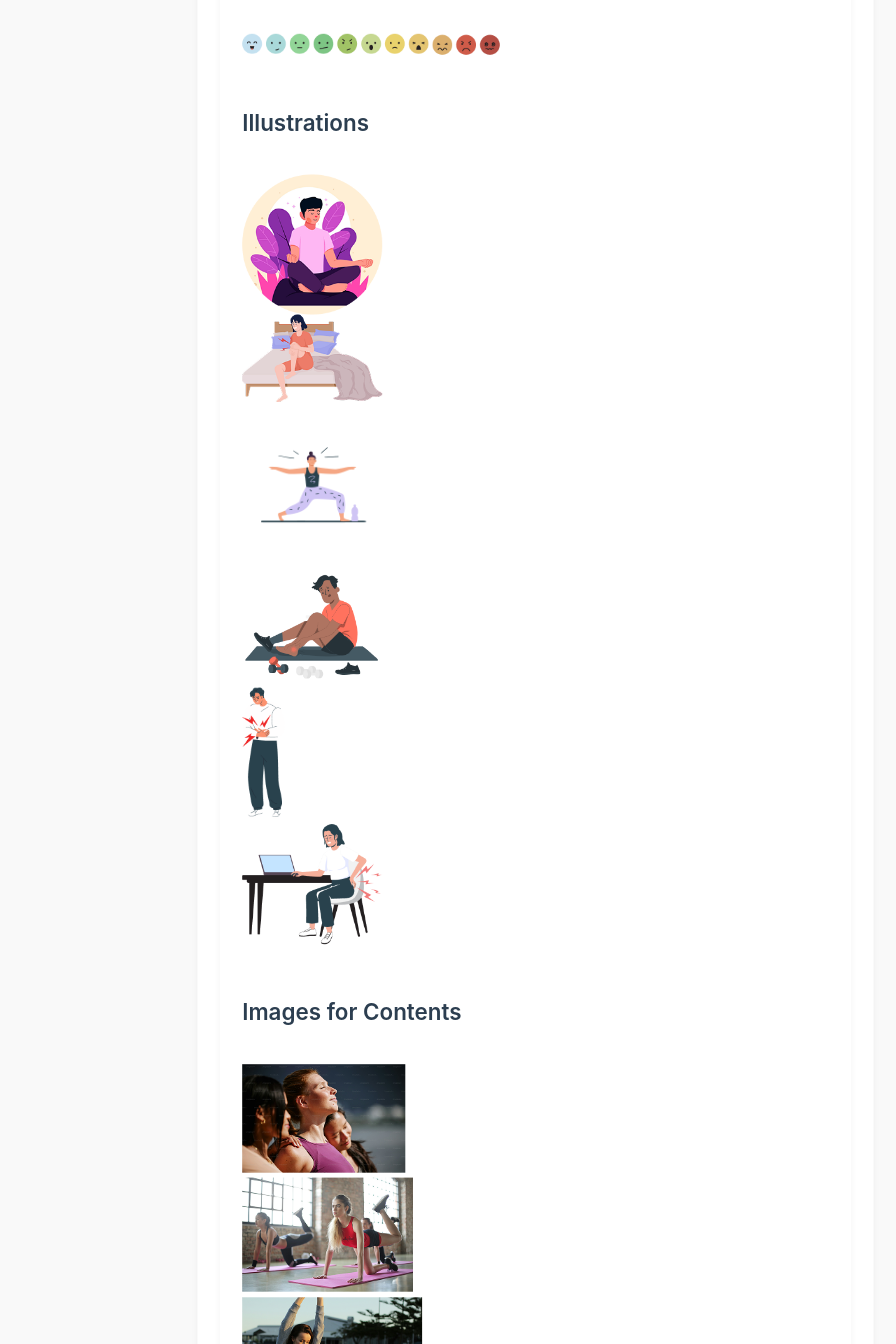
Repository: rosielee09/Heal_U
Page: graphics.html
The author's editor kept a copy of each file at every save. The page is drawn from the files as they stood at one save, then again after the next save.
The browser window is 1280 px wide. The pictures show the part of the page from y = 2595 to 4515 px (the page is 5272 px tall before and 4089 px after), at 70% of full size.

Above is the page before, as saved 2025-04-03 22:19:30.

After the next save:
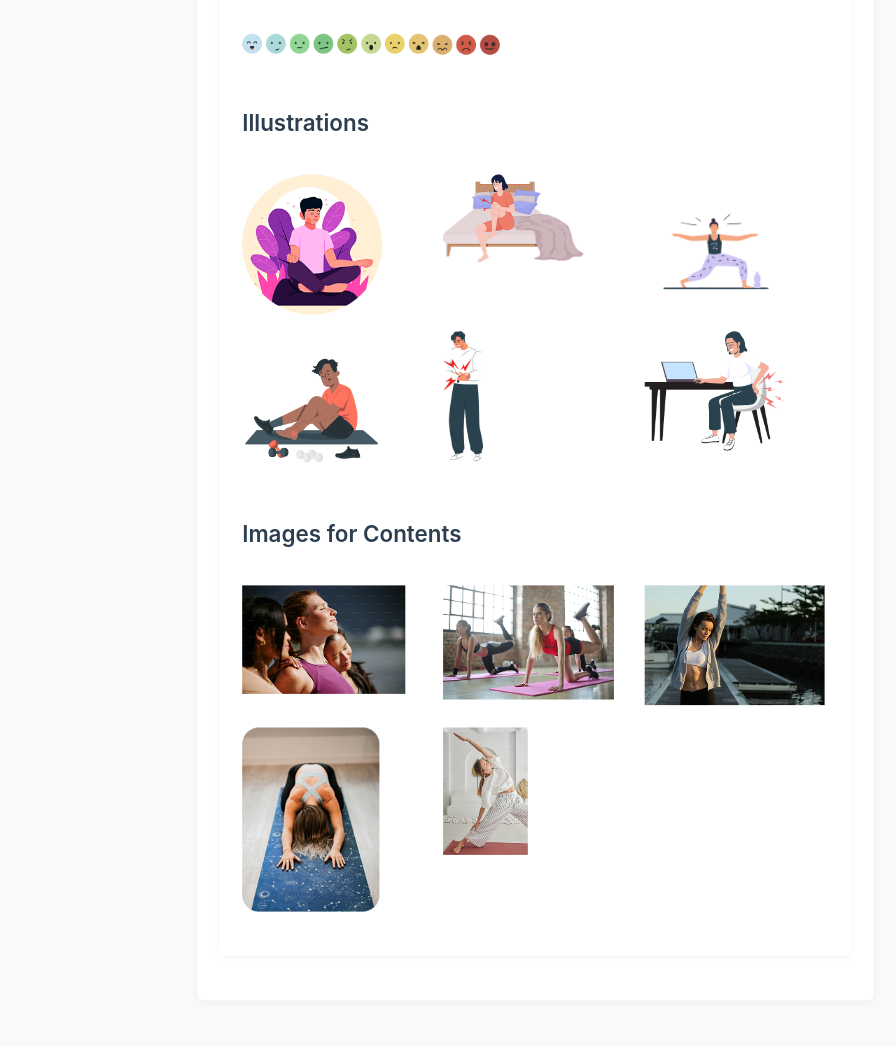
Saved 8 s later.
--- a/styles.css
+++ b/styles.css
@@ -258,7 +258,7 @@ body {
 
 
 /* section illustrations */
-.graphic-grid-illustrations
+.graphic-grid-illustrations,
 .graphic-grid-images{
     display: grid;
     grid-template-columns: repeat(3, 1fr);
